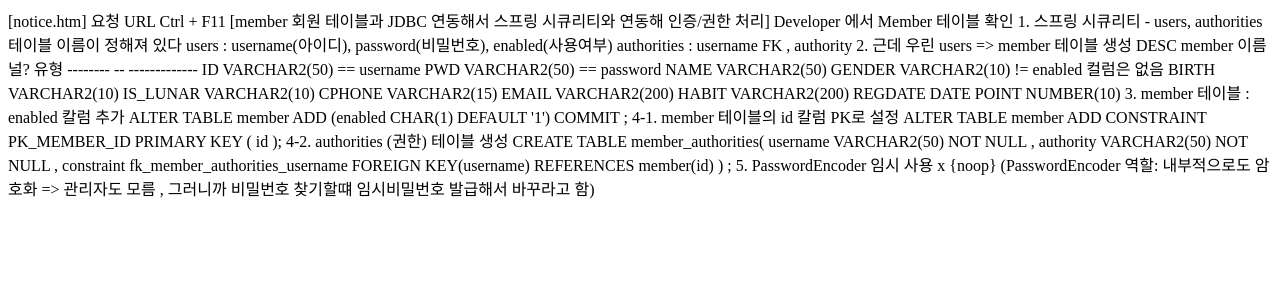
Repository: Vida0822/-
Page: SL11_SECURITY2_JDBC/src/main/webapp/customer/notice.htm
These files come from the project's save history. The page is drawn as it stood at one moment and after the next save; the edit follows.
The browser window is 1280 px wide. The pictures show the whole page.

Above is the page before, as saved 2023-07-05 00:40:54.

### SL11_SECURITY2_JDBC/src/main/webapp/customer/notice.htm
[notice.htm] 요청 URL
Ctrl + F11

[member 회원 테이블과 JDBC 연동해서 스프링 시큐리티와 연동해 인증/권한 처리]

 Developer 에서 Member 테이블 확인

1. 스프링 시큐리티 -  users, authorities 테이블 이름이 정해져 있다

	users : username(아이디), password(비밀번호), enabled(사용여부)
	authorities : username FK , authority


2. 근데 우린 users => member 테이블 생성

DESC member

이름       널? 유형
-------- -- -------------
ID          VARCHAR2(50)  				== username
PWD         VARCHAR2(50)  				== password
NAME        VARCHAR2(50)
GENDER      VARCHAR2(10)  			!= enabled 컬럼은 없음
BIRTH       VARCHAR2(10)
IS_LUNAR    VARCHAR2(10)
CPHONE      VARCHAR2(15)
EMAIL       VARCHAR2(200)
HABIT       VARCHAR2(200)
REGDATE     DATE
POINT       NUMBER(10)

3. member 테이블 : enabled 칼럼 추가
ALTER TABLE member
ADD (enabled CHAR(1) DEFAULT '1')
COMMIT ;

4-1. member 테이블의 id 칼럼 PK로 설정

ALTER TABLE member
	ADD
		CONSTRAINT PK_MEMBER_ID
		PRIMARY KEY (
			id
		);


4-2. authorities (권한) 테이블 생성

CREATE TABLE member_authorities(
    username VARCHAR2(50) NOT NULL
    , authority VARCHAR2(50) NOT NULL
    , constraint fk_member_authorities_username
        FOREIGN KEY(username)
        REFERENCES member(id)
) ;


5. PasswordEncoder 임시 사용 x {noop}
(PasswordEncoder 역할: 내부적으로도 암호화
 => 관리자도 모름 , 그러니까 비밀번호 찾기할떄 임시비밀번호 발급해서 바꾸라고 함)

After the next save:
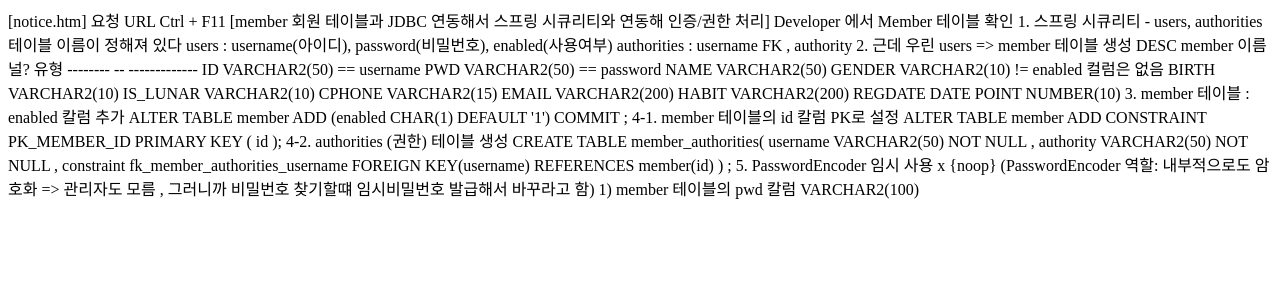
Saved 20 s later.
--- a/SL11_SECURITY2_JDBC/src/main/webapp/customer/notice.htm
+++ b/SL11_SECURITY2_JDBC/src/main/webapp/customer/notice.htm
@@ -58,3 +58,5 @@ CREATE TABLE member_authorities(
 5. PasswordEncoder 임시 사용 x {noop}
 (PasswordEncoder 역할: 내부적으로도 암호화
  => 관리자도 모름 , 그러니까 비밀번호 찾기할떄 임시비밀번호 발급해서 바꾸라고 함)
+
+1) member 테이블의 pwd 칼럼 VARCHAR2(100)
